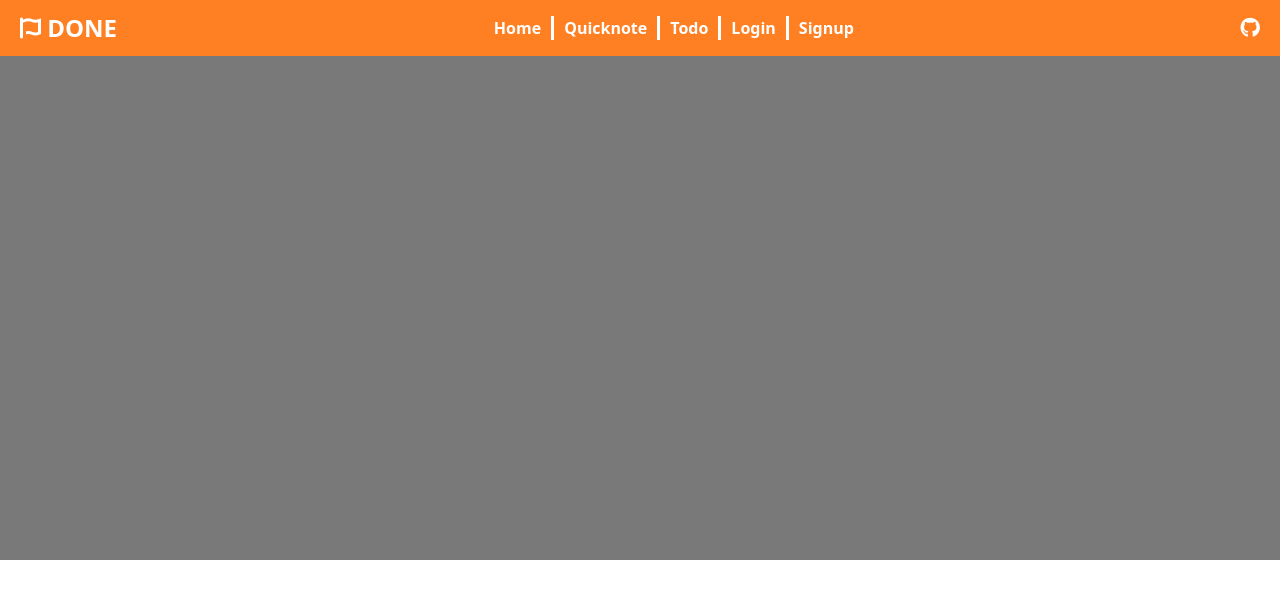
Repository: OmarEssameldinMousa/DONE
Page: index.html
An editor plug-in stored every save of this project. The page is shown before and after the next save, followed by the edit.
The browser window is 1280 px wide. The pictures show the whole page.
Some web fonts or font styles are not loaded; a fallback is used.

Above is the page before, as saved 2023-12-15 22:45:24.

### index.html
<!DOCTYPE html>
<html lang="en">

<head>
    <meta charset="UTF-8">
    <meta name="viewport" content="width=device-width, initial-scale=1.0">
    <title>Home</title>
    <!-- Main Template CSS File -->
    <link rel="stylesheet" href="CSS/styles.css">
    <!-- Render and Normalize the ELements -->
    <link rel="stylesheet" href="CSS/normalize.css">
    <!-- Font Awsome Library -->
    <link rel="stylesheet" href="CSS/all.min.css">
    <!-- google fonts -->
    <link rel="preconnect" href="https://fonts.googleapis.com">
    <link rel="preconnect" href="https://fonts.gstatic.com" crossorigin>
    <link
        href="https://fonts.googleapis.com/css2?family=Kablammo&family=Work+Sans:wght@200;300;400;500;600;800&display=swap"
        rel="stylesheet">
    <!-- including bootstrap library -->
    <link href="https://cdn.jsdelivr.net/npm/bootstrap@5.3.2/dist/css/bootstrap.min.css" rel="stylesheet"
        integrity="sha384-T3c6CoIi6uLrA9TneNEoa7RxnatzjcDSCmG1MXxSR1GAsXEV/Dwwykc2MPK8M2HN" crossorigin="anonymous">

</head>
<!--
    home
    Todo
    quicknotes
    login
    sign up
    -->

<body>
    <header>
        <nav>
            <!-- Logo with Font Awesome Icon -->
            <div class="logo">
                <i class="fab fa-font-awesome-flag"></i> DONE
            </div>

            <!-- Left-side Navigation Links -->
            <ul>
                <li><a href="#">Home</a></li>
                <li><a href="#">Quicknote</a></li>
                <li><a href="#">Todo</a></li>
                <li><a href="#">Login</a></li>
                <li><a href="#">Signup</a></li>
            </ul>

            <!-- Right-side GitHub Icon -->
            <div class="github-icon">
                <a rel="" href="https://github.com/yourusername" target="_blank">
                    <i class="fab fa-github" style="color: white;"></i>
                </a>
            </div>
        </nav>

        <div class="landing">

        </div>


    </header>


    <script src="https://cdn.jsdelivr.net/npm/bootstrap@5.3.2/dist/js/bootstrap.bundle.min.js"
        integrity="sha384-C6RzsynM9kWDrMNeT87bh95OGNyZPhcTNXj1NW7RuBCsyN/o0jlpcV8Qyq46cDfL"
        crossorigin="anonymous"></script>
</body>

</html>

### CSS/styles.css
/* Start Variables */
:root{
    --main-color: rgba(235, 235, 235, 0.6);
    --secondery-color: #ff7f23;
    --third-color:#333;
}
/* End Variables */
/* Special Heading */
.special-heading{
    color: #ebeced;
    font-size: 100px;
    text-align: center;
    font-weight: 800;
    letter-spacing: -3px;
    margin: 0;

}
.special-heading + p{
    margin-top: -30px;
    text-align: center;
    font-size: 20px;
    color: #797979;
}
/* End Special Heading */
/* Start Global Rules */
*{
    -webkit-box-sizing: border-box;
    -moz-box-sizing: border-box;
    box-sizing: border-box;
}

body{
    font-family: 'Kablammo', cursive;
    font-family: 'Work Sans', sans-serif;

}

.container{
    padding-left: 15px;
    padding-right: 15px;
    margin-left: auto;
    margin-right: auto;
    background-color: #fff;
    margin: auto;
    width: 600px;
}

/*very small screens*/
@media (max-width: 767px){
    .container{
        .special-heading{
            font-size: 60px;
        }
        .special-heading + p{
            margin-top: -20px;
        }
        width: 390px;
    }
}
/*small screens*/
@media (min-width: 768px){
    .container{
        width: 750px;
    }
}
/*Medium screens*/
@media (min-width: 992px){
    .container{
        width: 970px;
    }
}
/*Large screens*/
@media (min-width: 1200px){
    .container{
        width: 1170px;
    }
}
/* End Global Rules */


html{
    scroll-behavior: smooth;
}
/* navigation bar */

nav {
    background-color:  var(--secondery-color);
    color: white;
    display: flex;
    align-items: center;
    justify-content: space-between;
    padding: 10px 20px;
}
nav ul {
    list-style: none;
    margin: 0;
    padding: 0;
    display: flex;
}
nav ul li {
    margin-right: 10px;
    font-weight: bold;
}
nav ul li:not(:last-child) {
    border-right: solid 3px white;
    padding-right: 10px;
}
nav ul li a {
    text-decoration: none;
    color: white;
}
nav ul li a:hover {
    color: var(--main-color); /* Change color on hover */
}
.logo {
    font-size: 24px;
    font-weight: bold;
}
.github-icon {
    font-size: 20px;
    color: white;
}
.landing{
    width: 100%;
    height: 70vh;
    background-color: #797979;
}

Loaded but not shown: CSS/normalize.css (library); CSS/all.min.css (library)

After the next save:
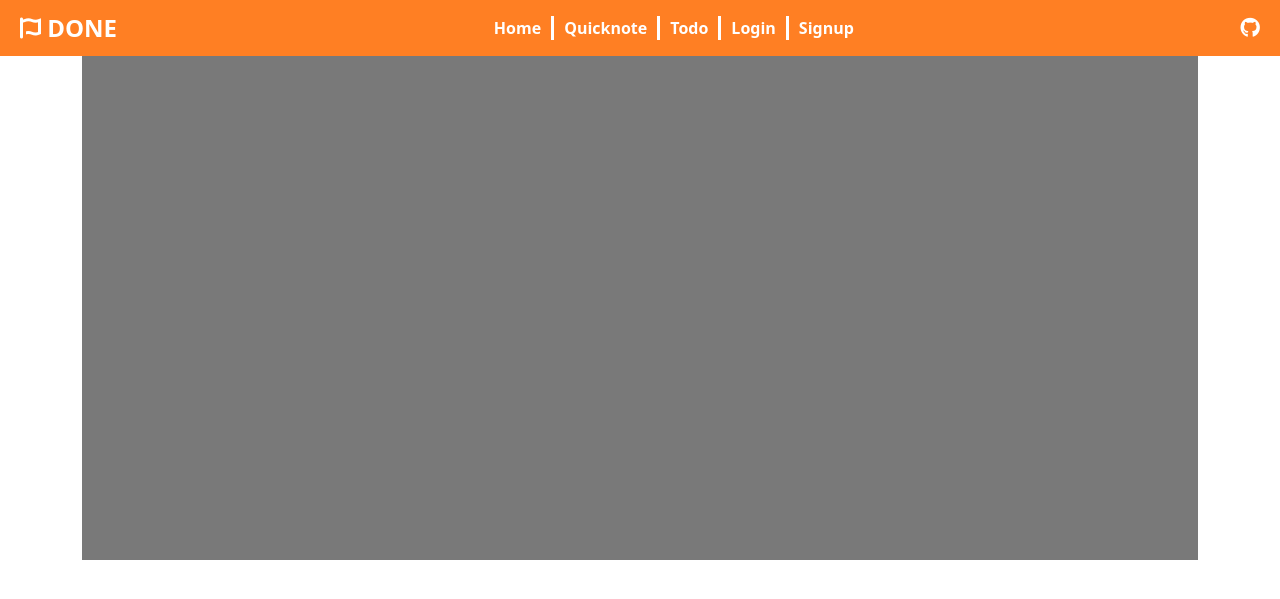
Saved 47 s later.
--- a/index.html
+++ b/index.html
@@ -55,8 +55,10 @@
             </div>
         </nav>
 
-        <div class="landing">
+        <div class="container">
+            <div class="landing">
 
+            </div>
         </div>
 
 
